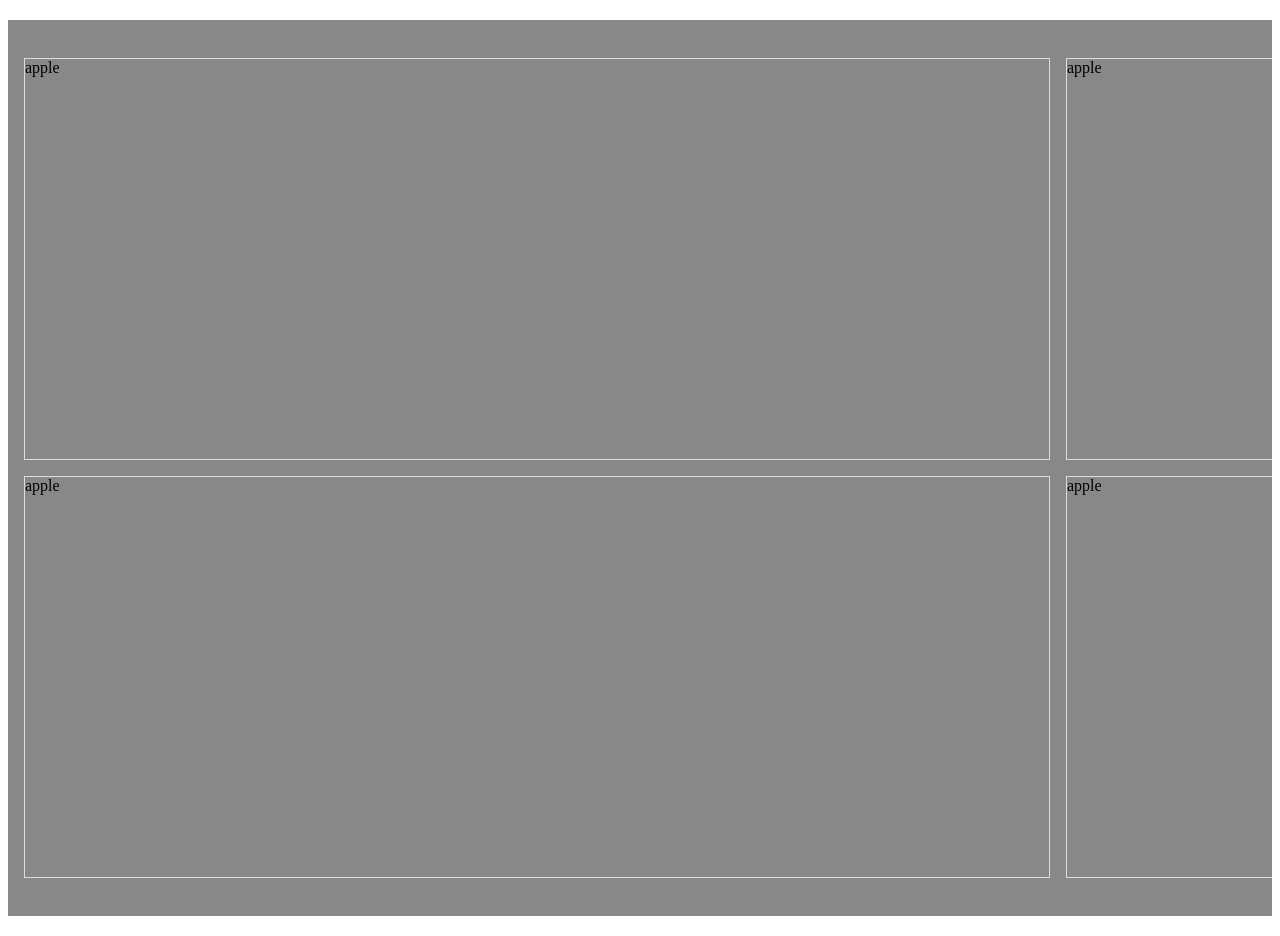
Repository: lzh15378738622/scroll-snap
Page: index.html
An editor plug-in stored every save of this project. The page is shown before and after the next save, followed by the edit.
The browser window is 1280 px wide. The pictures show the whole page.

Above is the page before, as saved 2022-02-26 12:02:40.

### index.html
<!--
 * @Date: 2022-02-26 11:43:45
 * @LastEditors: lzh886
 * @LastEditTime: 2022-02-26 12:01:51
 * @FilePath: /scroll-snap/index.html
-->
<!DOCTYPE html>
<html lang="en">
  <head>
    <meta charset="UTF-8" />
    <meta http-equiv="X-UA-Compatible" content="IE=edge" />
    <meta name="viewport" content="width=device-width, initial-scale=1.0" />
    <title>Document</title>
    <style>
      main {
        display: grid;
        grid-template-columns: repeat(5, 1fr);
        overflow-x: auto;
        padding-block: 38px;
        background: #888;
        padding-inline: 1rem;
        margin-block: 20px;
        gap: 1rem;
      }
      div {
        width: 80vw;
        height: 400px;
        border: 1px solid #ddd;
      }
    </style>
  </head>

  <body>
    <main>
      <div>apple</div>
      <div>apple</div>
      <div>apple</div>
      <div>apple</div>
      <div>apple</div>
      <div>apple</div>
      <div>apple</div>
    </main>
  </body>
</html>

After the next save:
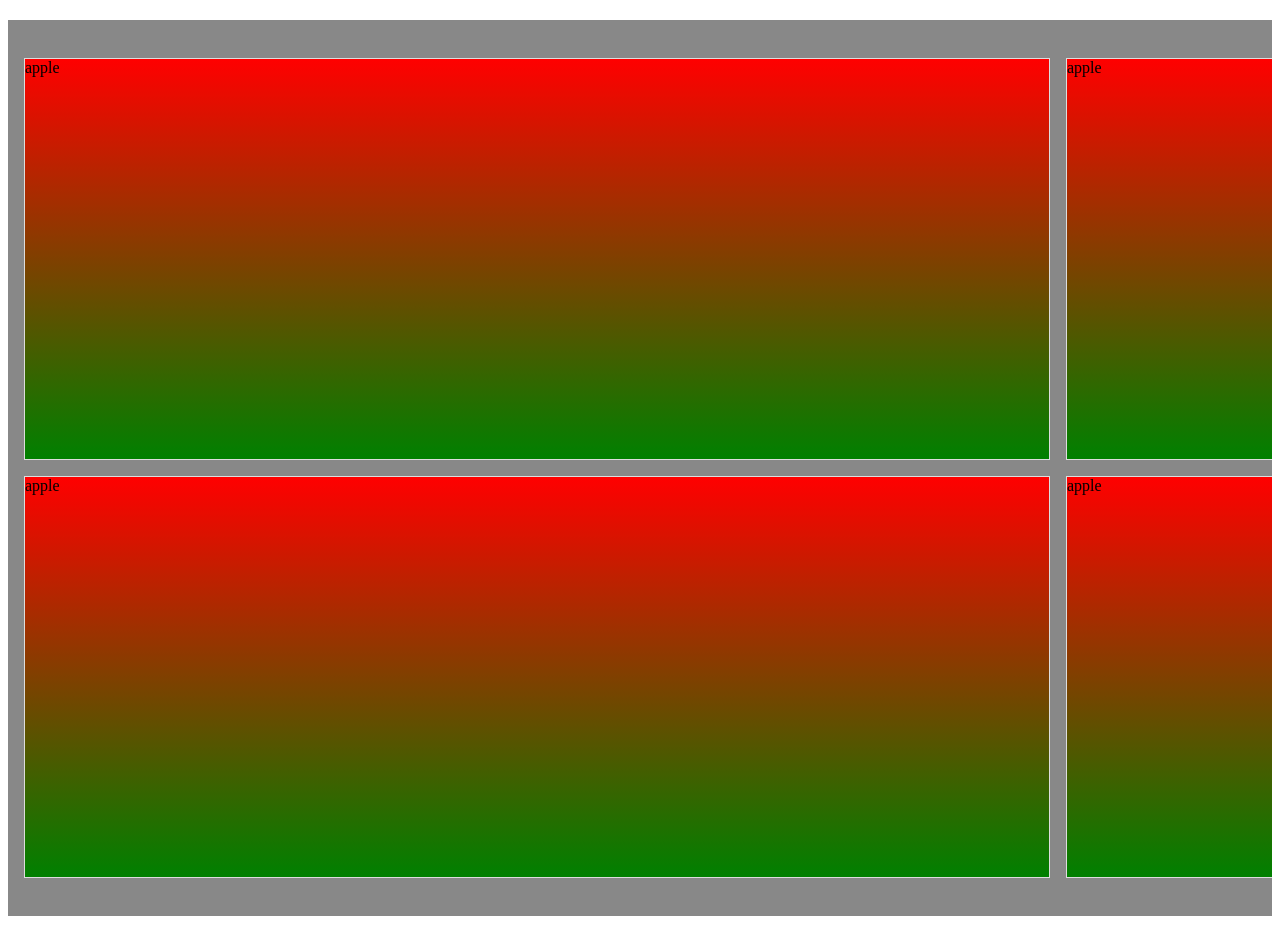
Saved 42 s later.
--- a/index.html
+++ b/index.html
@@ -1,7 +1,7 @@
 <!--
  * @Date: 2022-02-26 11:43:45
  * @LastEditors: lzh886
- * @LastEditTime: 2022-02-26 12:01:51
+ * @LastEditTime: 2022-02-26 12:03:22
  * @FilePath: /scroll-snap/index.html
 -->
 <!DOCTYPE html>
@@ -26,6 +26,7 @@
         width: 80vw;
         height: 400px;
         border: 1px solid #ddd;
+        background: linear-gradient(red, green);
       }
     </style>
   </head>

After the save that followed:
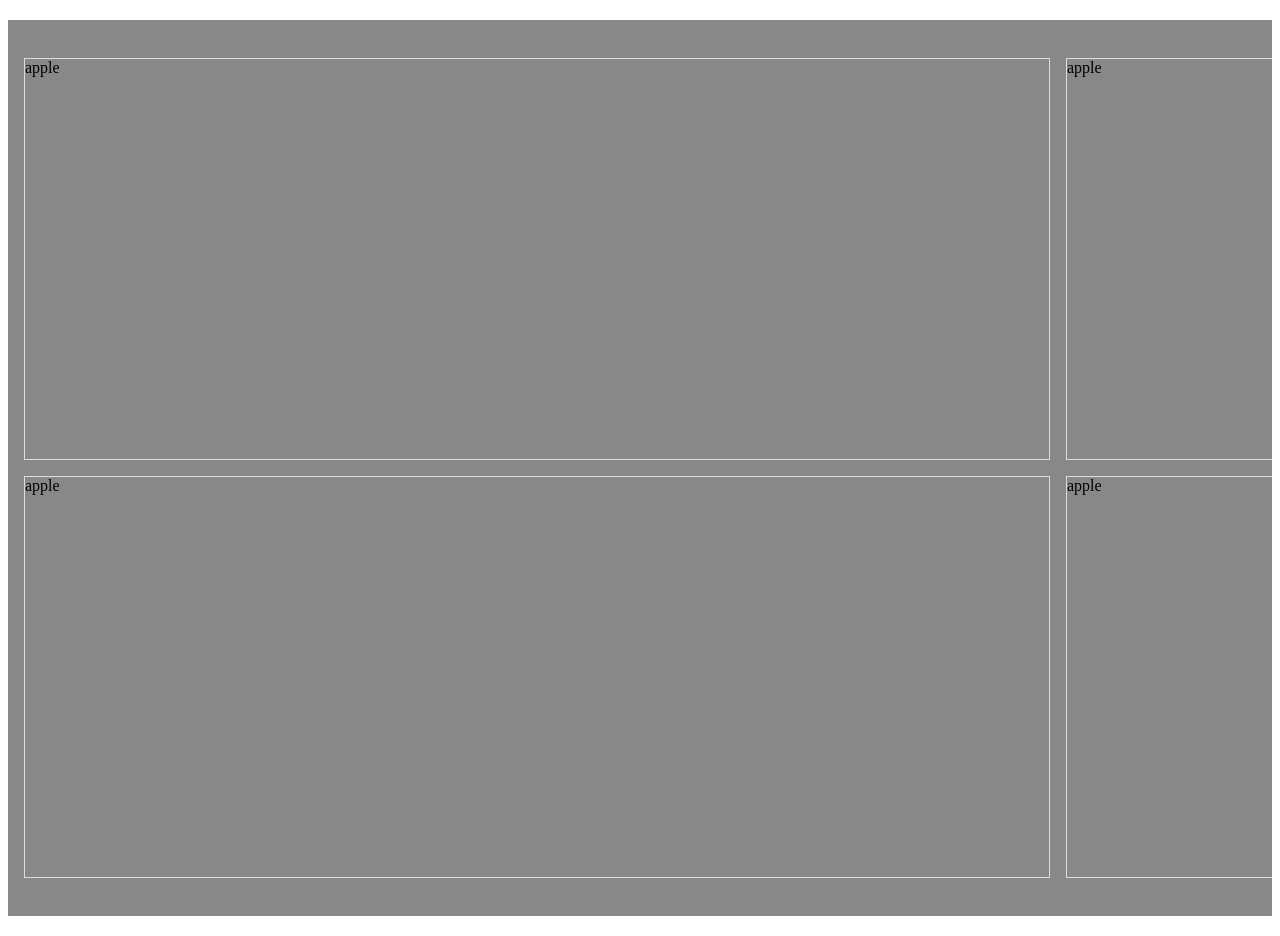
Saved 22 s later.
--- a/index.html
+++ b/index.html
@@ -26,7 +26,7 @@
         width: 80vw;
         height: 400px;
         border: 1px solid #ddd;
-        background: linear-gradient(red, green);
+        background: linear-gradient(red, green, 10%, 30%);
       }
     </style>
   </head>
